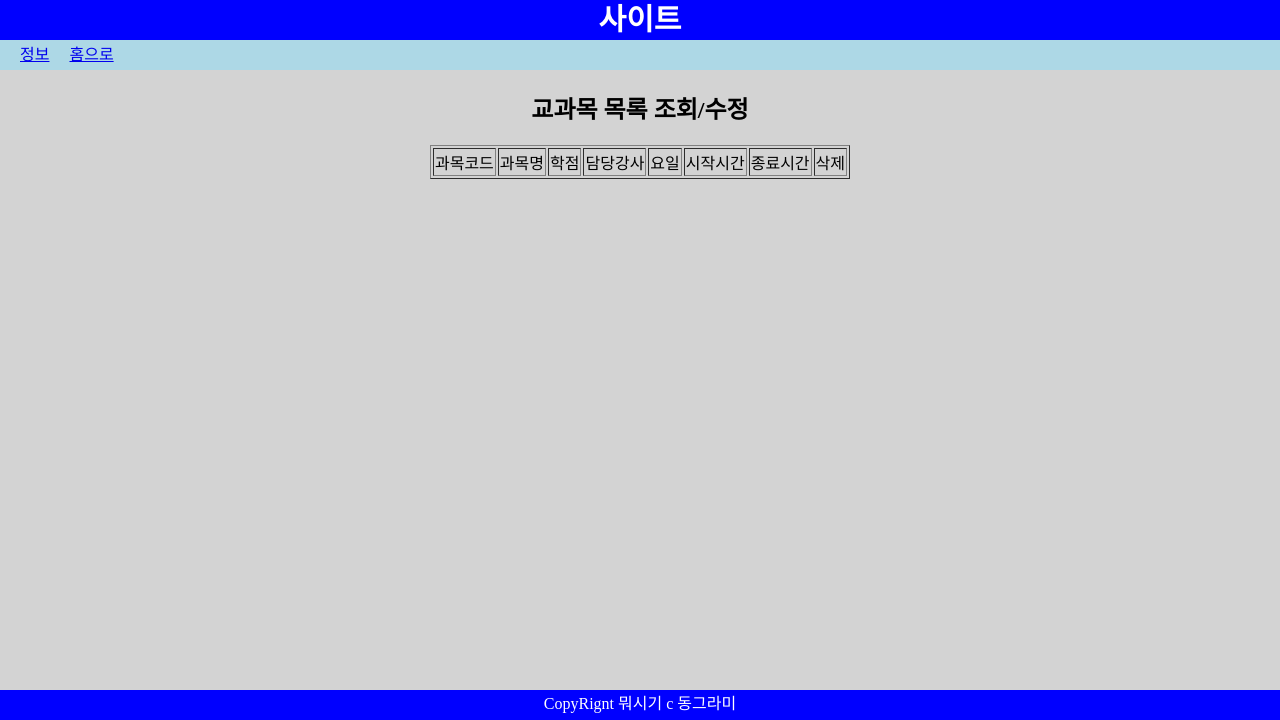
Repository: ImGaram/til
Page: http://localhost/practice/soqn/list.jsp
An editor plug-in stored every save of this project. The page is shown before and after the next save, followed by the edit.
The browser window is 1280 px wide. The pictures show the whole page.
The page is served by Tomcat 9. Queries for data that is not in the repository find no rows.

Above is the page before, as saved 2022-06-28 13:34:09.

### 2학년 jsp(화면구현)/practice/src/main/webapp/soqn/list.jsp
<%@page import="java.sql.*"%>
<%@page import="DBPKG.Util"%>
<%@ page language="java" contentType="text/html; charset=EUC-KR"
    pageEncoding="EUC-KR"%>
<!DOCTYPE html>
<html>
<head>
<meta charset="EUC-KR">
<title>list</title>
</head>
<body>
<jsp:include page="header.jsp"></jsp:include>

<section style="position: fixed; top: 70px; left: 0; width: 100%; height: 100%; background-color: lightgray">
<h1 style="text-align: center">
<b>교과목 목록 조회/수정</b>
</h1>

<form style="display:flex; align-items:center; justify-content:center; text-align:center">
<table border="1">
<tr>
	<td>과목코드</td>
	<td>과목명</td>
	<td>학점</td>
	<td>담당강사</td>
	<td>요일</td>
	<td>시작시간</td>
	<td>종료시간</td>
	<td>삭제</td>
</tr>

<%
request.setCharacterEncoding("UTF-8");
try {
	Connection conn = Util.getConnection();
	String sql = "SELECT id, co.name cname, credit, le.name lname, week, start_hour, end_hour FROM course_tbl co, lecturer_tbl le WHERE co.lecturer = le.idx ORDER BY id";
	PreparedStatement pstmt = conn.prepareStatement(sql);
	ResultSet rs = pstmt.executeQuery();

	while(rs.next()) {
		String week = rs.getString(5);
		switch(week) {
		case "1": week="월요일"; break;
		case "2": week="화요일"; break;
		case "3": week="수요일"; break;
		case "4": week="목요일"; break;
		case "5": week="금요일"; break;
		}

		String start_hour=rs.getString(6);
		while(start_hour.length()<4) {
			start_hour="0"+start_hour;
		}

		String start = start_hour.substring(0,2) + "시" + start_hour.substring(2,4)+"분";

		String end_hour=rs.getString(7);
		while(end_hour.length()<4) {
			end_hour="0"+start_hour;
		}

		String end= end_hour.substring(0,2) + "시" + end_hour.substring(2,4)+"분";
		%>
		<tr>
			<td><%=rs.getString(2) %></td>
			<td><%=rs.getString(3) %></td>
			<td><%=rs.getString(4) %></td>
			<td><%=week %></td>
			<td><%=start %></td>
			<td><%=end %></td>
		</tr>
		<%
	}
} catch(Exception e) {
	e.printStackTrace();
}
%>
</table>
</form>

</section>

<jsp:include page="footer.jsp"></jsp:include>
</body>
</html>

### 2학년 jsp(화면구현)/practice/src/main/webapp/soqn/header.jsp
<%@ page language="java" contentType="text/html; charset=UTF-8"
    pageEncoding="UTF-8"%>
<!DOCTYPE html>
<html>
<head>
<meta charset="UTF-8">
<title>header</title>
</head>
<body>
<header style="position:fixed; top:0; left:0; width:100%; height:40px; line-height: 40px; background-color:blue;
 color: white; text-align:center; font-size:30px">
<b>사이트</b>
</header>
<nav style="position:fixed;top:40px;left:0;width:100%;height:30px; background-color:lightblue; padding-left:20px; line-height:30px;">
<a href="list.jsp">정보</a> &nbsp; &nbsp;
<a href="index.jsp">홈으로</a>
</nav>
</body>
</html>

### 2학년 jsp(화면구현)/practice/src/main/webapp/soqn/footer.jsp
<%@ page language="java" contentType="text/html; charset=UTF-8"
    pageEncoding="UTF-8"%>
<!DOCTYPE html>
<html>
<head>
<meta charset="UTF-8">
<title>footer</title>
</head>
<body>
<footer style="width:100%; height: 30px; background-color:blue; bottom:0; left:0; position:fixed; color:white; text-align:center;">
CopyRignt 뭐시기 c 동그라미
</footer>
</body>
</html>

### 2학년 jsp(화면구현)/practice/src/main/java/DBPKG/Util.java
package DBPKG;

import java.sql.Connection;
import java.sql.DriverManager;

public class Util {
	public static Connection getConnection() throws Exception {
		Class.forName("oracle.jdbc.OracleDriver");
		Connection con = DriverManager.getConnection("jdbc:oracle:thin:@//localhost:1521/XE", "system", "1234");
		return con;
	}
}

After the next save:
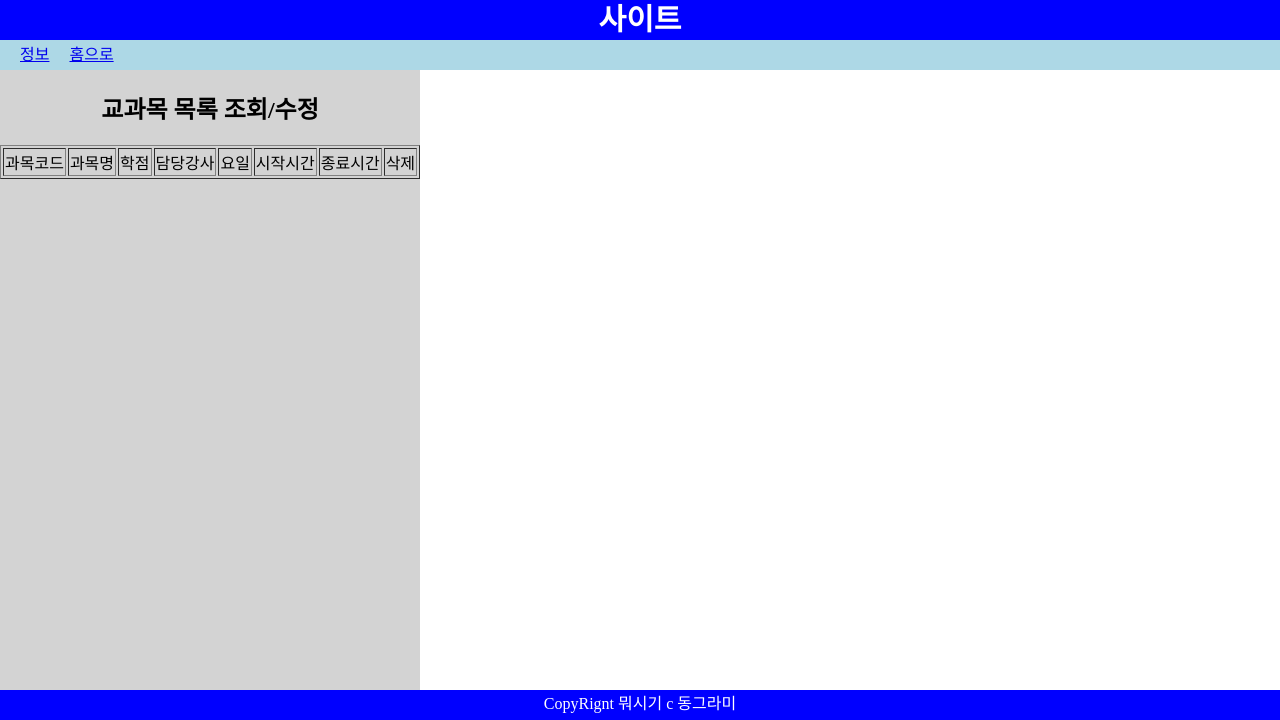
Saved 4 s later.
--- a/2학년 jsp(화면구현)/practice/src/main/webapp/soqn/list.jsp
+++ b/2학년 jsp(화면구현)/practice/src/main/webapp/soqn/list.jsp
@@ -11,7 +11,7 @@
 <body>
 <jsp:include page="header.jsp"></jsp:include>
 
-<section style="position: fixed; top: 70px; left: 0; width: 100%; height: 100%; background-color: lightgray">
+<section style="position: fixed; top: 70px; left: 0;, width: 100%; height: 100%; background-color: lightgray">
 <h1 style="text-align: center">
 <b>교과목 목록 조회/수정</b>
 </h1>

After the save that followed:
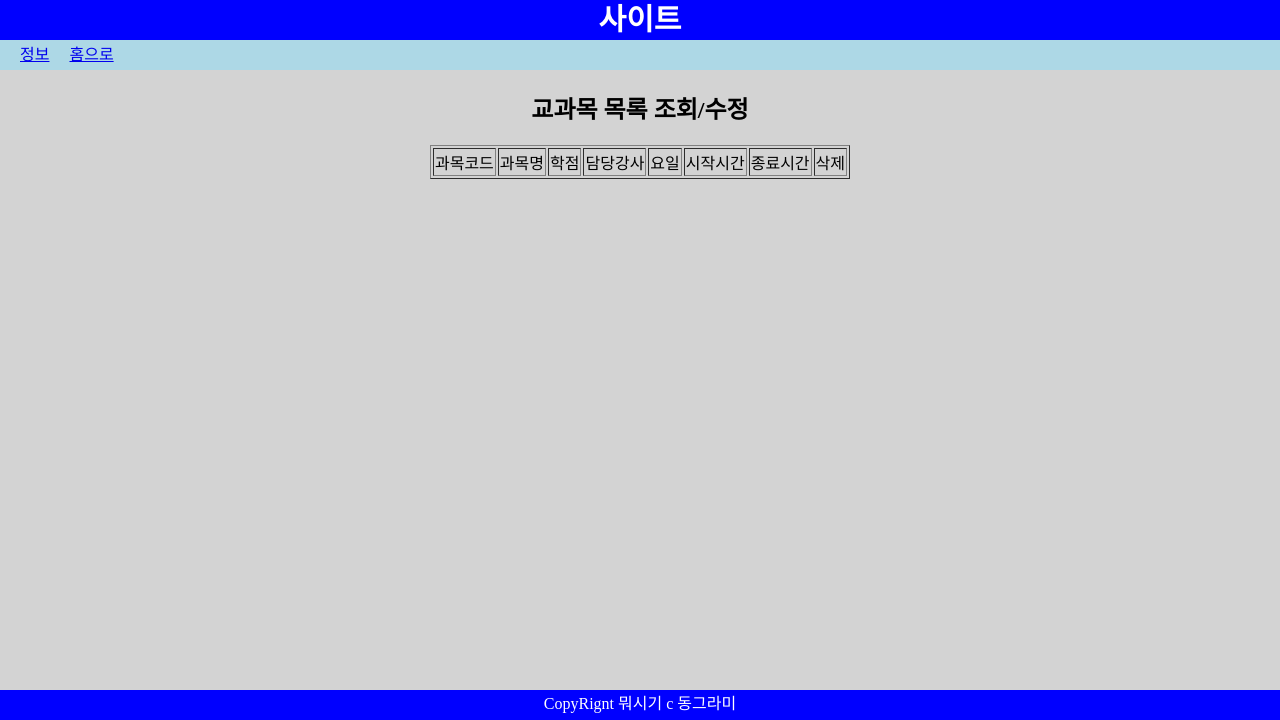
Saved 15 s later.
--- a/2학년 jsp(화면구현)/practice/src/main/webapp/soqn/list.jsp
+++ b/2학년 jsp(화면구현)/practice/src/main/webapp/soqn/list.jsp
@@ -11,7 +11,7 @@
 <body>
 <jsp:include page="header.jsp"></jsp:include>
 
-<section style="position: fixed; top: 70px; left: 0;, width: 100%; height: 100%; background-color: lightgray">
+<section style="position:fixed; top:70px; left:0; width:100%; height:100%; background:lightgray;">
 <h1 style="text-align: center">
 <b>교과목 목록 조회/수정</b>
 </h1>
